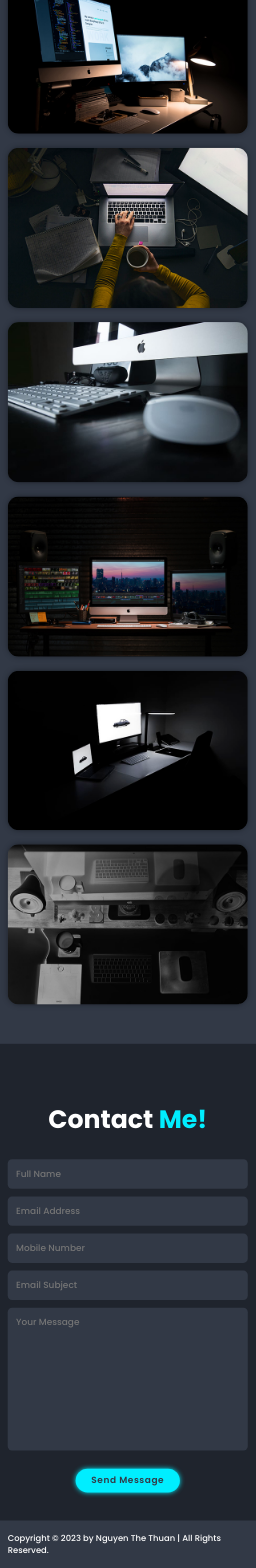
Repository: nguyenthethuan2004/portfolio
Page: index.html
These files come from the project's save history. The page is drawn as it stood at one moment and after a run of saves; the edit follows.
The browser window is 365 px wide. The pictures show the part of the page from y = 2903 to 5143 px (the page is 5143 px tall), at 70% of full size.

Above is the page before, as saved 2023-10-03 19:34:35.
Console error: ReferenceError: navbar is not defined

After the next 4 saves:
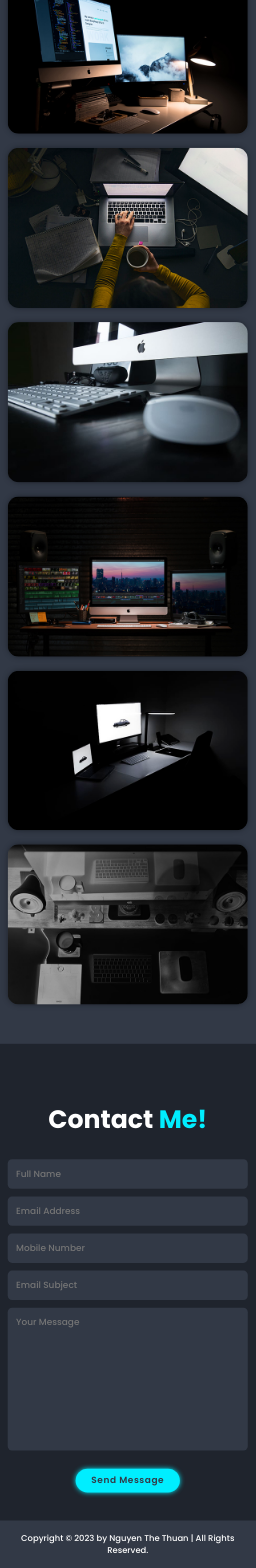
The 4 saves are shown as one change because they came seconds apart.
The last was saved 11 s later.
--- a/css/style.css
+++ b/css/style.css
@@ -508,7 +508,10 @@ span {
         width: 90vw;
     }
 
-    .footer
+    .footer p {
+        text-align: center;
+
+    }
 
     .footer .footer-iconTop {
         display: none;
